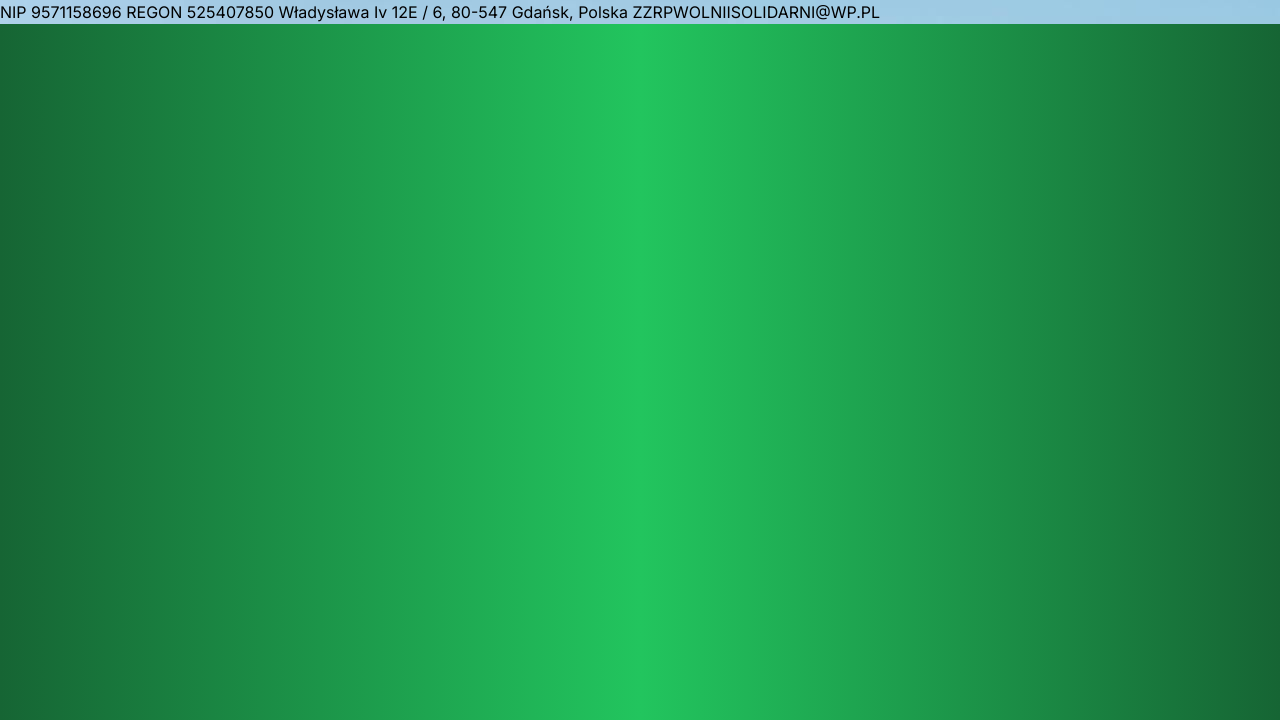
Repository: wesiudev/ZZRPWiS
Page: /kontakt
The author's editor kept a copy of each file at every save. The page is drawn from the files as they stood at one save, then again after the next save.
The browser window is 1280 px wide. The pictures show the whole page.
The project was rebuilt for these pictures with package versions that can differ from the ones it lists, and the page was loaded fresh each time. The framework's server and built-in components were replaced by stand-ins that run in the browser. Also part of the build but not shown: next.config.mjs.

Above is the page before, as saved 2024-08-09 22:37:29.

### src/app/layout.tsx
import { Inter } from "next/font/google";
import "./globals.css";
import { Cardo } from "next/font/google";
const cardo = Cardo({
  weight: ["400", "700"],
  style: ["normal", "italic"],
  subsets: ["latin"],
  display: "swap",
  variable: "--font-cardo",
});
const inter = Inter({ subsets: ["latin"] });

export default function RootLayout({
  children,
}: Readonly<{
  children: React.ReactNode;
}>) {
  return (
    <html lang="pl">
      <body
        className={`bg-gradient-to-r from-green-800 via-green-500 to-green-800 ${inter.className} ${cardo.variable}`}
      >
        {children}
      </body>
    </html>
  );
}

### src/app/kontakt/page.tsx
import Link from "next/link";

export default function Page() {
  return (
    <div className="bg-heroBG">
      NIP 9571158696 REGON 525407850 Władysława Iv 12E / 6, 80-547 Gdańsk,
      Polska ZZRPWOLNIISOLIDARNI@WP.PL
    </div>
  );
}

### src/app/globals.css
@tailwind base;
@tailwind components;
@tailwind utilities;

:root {
  --foreground-rgb: 0, 0, 0;
  --background-start-rgb: 214, 219, 220;
  --background-end-rgb: 255, 255, 255;
}

@media (prefers-color-scheme: dark) {
  :root {
    --foreground-rgb: 255, 255, 255;
    --background-start-rgb: 0, 0, 0;
    --background-end-rgb: 0, 0, 0;
  }
}
.smallCaps {
  font-variant: small-caps;
}
body {
  color: rgb(var(--foreground-rgb));
  background: linear-gradient(
      to bottom,
      transparent,
      rgb(var(--background-end-rgb))
    )
    rgb(var(--background-start-rgb));
}

@layer utilities {
  .text-balance {
    text-wrap: balance;
  }
}

### tailwind.config.ts
import type { Config } from "tailwindcss";

const config: Config = {
  content: [
    "./src/pages/**/*.{js,ts,jsx,tsx,mdx}",
    "./src/components/**/*.{js,ts,jsx,tsx,mdx}",
    "./src/app/**/*.{js,ts,jsx,tsx,mdx}",
  ],
  theme: {
    extend: {
      fontFamily: {
        cardo: ["var(--font-cardo)"],
      },
      backgroundImage: {
        heroBG: "url('/assets/heroBG.jpg')",
        "gradient-radial": "radial-gradient(var(--tw-gradient-stops))",
        "gradient-conic":
          "conic-gradient(from 180deg at 50% 50%, var(--tw-gradient-stops))",
      },
    },
  },
  plugins: [],
};
export default config;

After the next save:
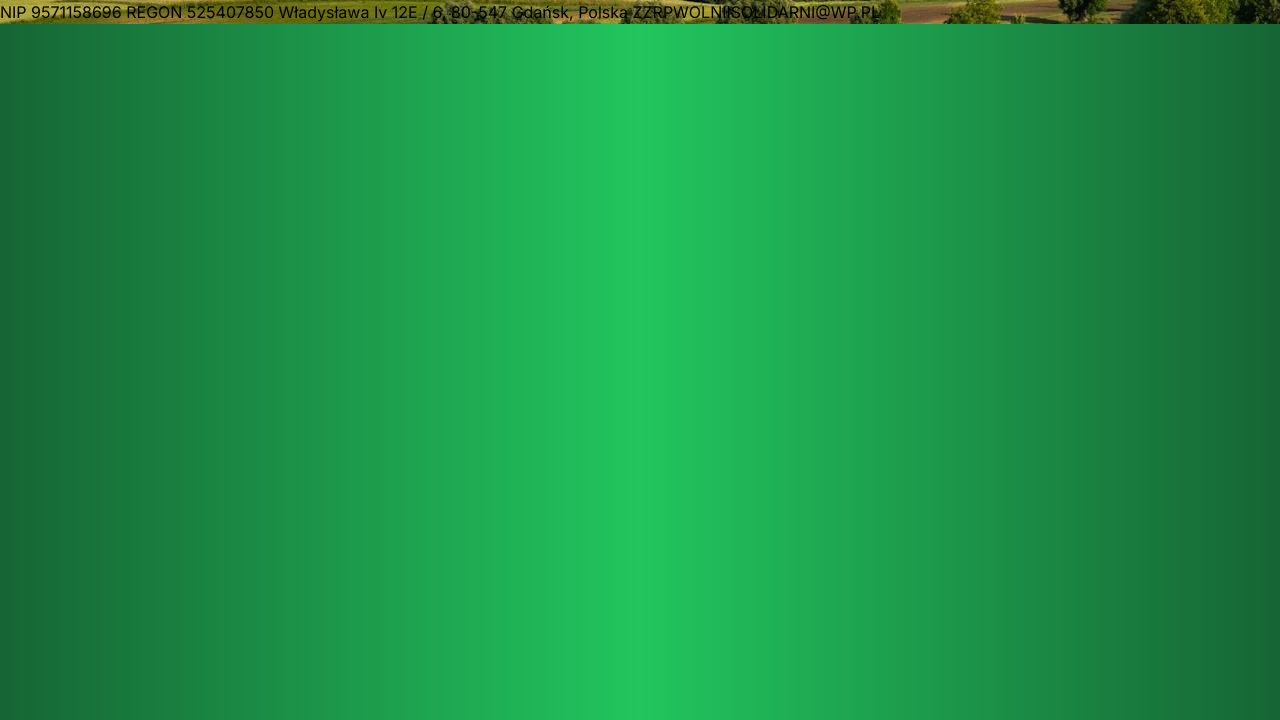
Saved 24 s later.
--- a/src/app/kontakt/page.tsx
+++ b/src/app/kontakt/page.tsx
@@ -2,7 +2,7 @@
 
 export default function Page() {
   return (
-    <div className="bg-heroBG">
+    <div className="bg-heroBG h-full w-full bg-center bg-no-repeat">
       NIP 9571158696 REGON 525407850 Władysława Iv 12E / 6, 80-547 Gdańsk,
       Polska ZZRPWOLNIISOLIDARNI@WP.PL
     </div>
